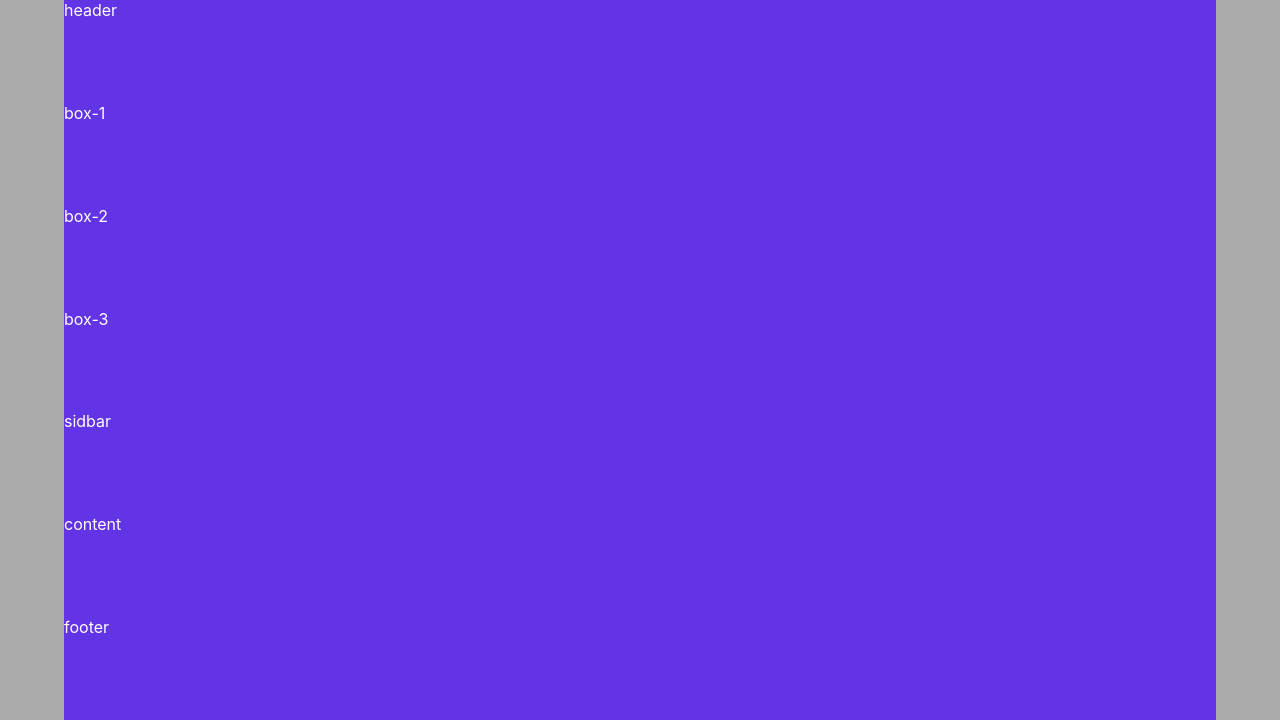
Repository: SD-Mdouka/project_step
Page: /
These files come from the project's save history. The page is drawn as it stood at one moment and after the next save; the edit follows.
The browser window is 1280 px wide. The pictures show the whole page.
The project was rebuilt for these pictures with package versions that can differ from the ones it lists, and the page was loaded fresh each time.

Above is the page before, as saved 2022-09-07 12:33:38.

### src/index.js
import React from "react";
import ReactDOM from "react-dom/client";
import "./index.css";
import App from "./Grid";
// import { AppBar, Toolbar, Typography } from "@material-ui/core";

const root = ReactDOM.createRoot(document.getElementById("root"));
root.render(
  <React.StrictMode>
    {/* <AppBar>
      <Toolbar>
        <Typography varient="h6">React app</Typography>
      </Toolbar>
    </AppBar> */}
    <App />
  </React.StrictMode>
);

### src/index.css
body {
    background-color: #aaa;
    margin: 0;
    font-family: -apple-system, BlinkMacSystemFont, "Segoe UI", "Roboto", "Oxygen", "Ubuntu", "Cantarell", "Fira Sans", "Droid Sans", "Helvetica Neue", sans-serif;
    -webkit-font-smoothing: antialiased;
    -moz-osx-font-smoothing: grayscale;
}

code {
    font-family: source-code-pro, Menlo, Monaco, Consolas, "Courier New", monospace;
}

.App-Project {
    margin-top: 50px;
    margin-inline: 40% !important;
}

.cirecle {
    width: 29px;
    height: 29px;
    line-height: 25px;
    background-color: blue;
    color: white;
    border-radius: 50%;
    -webkit-border-radius: 50%;
    -moz-border-radius: 50%;
    -ms-border-radius: 50%;
    -o-border-radius: 50%;
    border: 2px solid transparent;
    text-align: center;
    cursor: pointer;
    background-clip: padding-box;
    -webkit-background-clip: padding-box;
}

.stepsWrapp {
    display: flex;
    margin-bottom: 20px;
    text-align: center;
}

.stepeBlock {
    flex-grow: 1;
}

.stepeBlock .circleWrapper {
    padding: 0px 20px;
    position: relative;
}

.selected .cirecle {
    color: black;
    background-color: white;
    border: 1px solid blue;
}

.stepeBlock:not(:last-child)>.circleWrapper::after {
    content: "";
    width: 100%;
    height: 2px;
    position: absolute;
    top: 0px;
    bottom: 0px;
    background-color: blue;
    margin: auto;
    z-index: -1;
}

.stepeBlock:not(:last-child)>.circleWrapper::after {
    height: 3px;
    opacity: 1;
}

.stepeBlock:not(:last-child).selected>.circleWrapper::after,
.stepeBlock:not(:last-child).selected~.stepeBlock:not(:last-child)>.circleWrapper::after {
    height: 2px;
    opacity: 0.3;
}

.pages {
    margin: 0 40%;
}

.primaryBtn {
    padding: 10px 25px !important;
    background-color: blue !important;
    border: none !important;
    margin: 10px !important;
    color: white !important;
    border-radius: 4px !important;
    -webkit-border-radius: 4px !important;
    -moz-border-radius: 4px !important;
    -ms-border-radius: 4px !important;
    -o-border-radius: 4px !important;
    cursor: pointer !important;
}

### src/Grid.js
import React from "react";
import "./style-grid.css";

const Grid = () => {
  return (
    <div>
      <div className="container">
        <div className="header">header</div>
        <div className="box-1">box-1</div>
        <div className="box-2">box-2</div>
        <div className="box-3">box-3</div>
        <div className="sidbar">sidbar</div>
        <div className="content">content</div>
        <div className="footer">footer</div>
      </div>
    </div>
  );
};
export default Grid;

### src/style-grid.css
.container {
    background-color: #fff;
    min-height: 100vh;
    width: 90%;
    margin: 0 auto;
    display: grid;
}

.container>* {
    color: #fff;
    background-color: rgb(99, 51, 230);
}

.header {}

Loaded but not shown: public/index.html (common file)

After the next save:
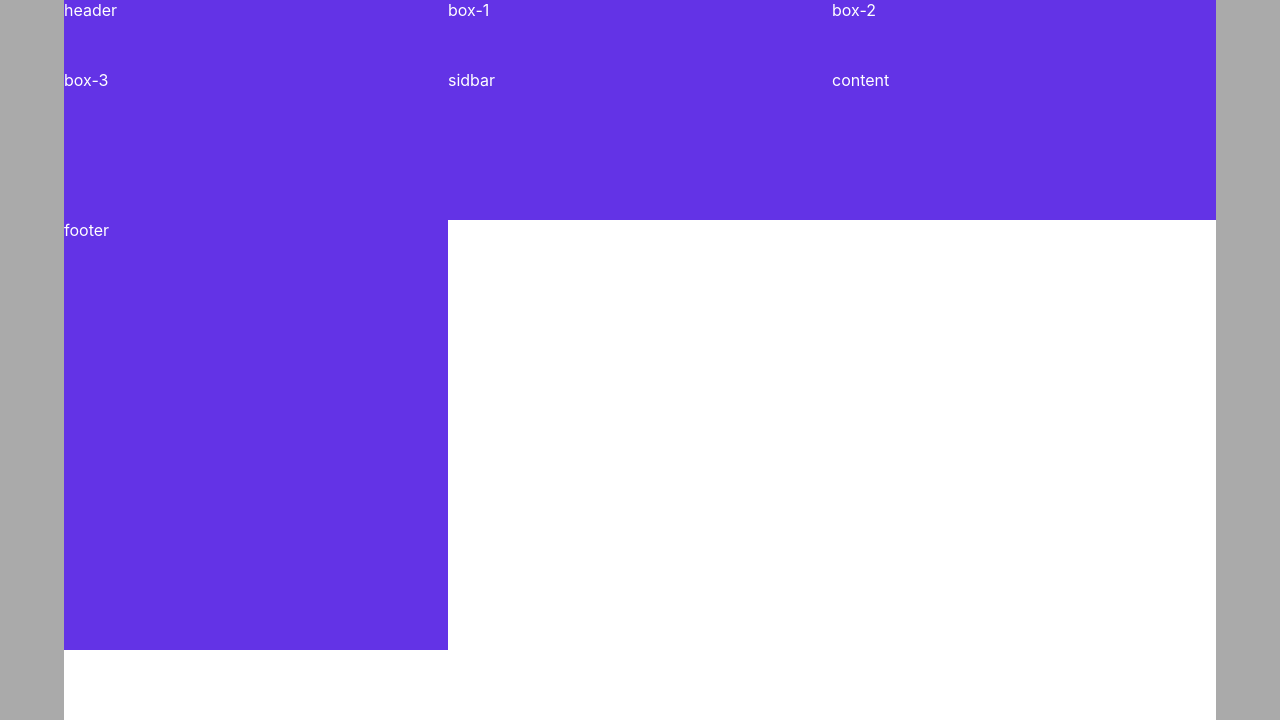
Saved 12 min 46 s later.
--- a/src/style-grid.css
+++ b/src/style-grid.css
@@ -4,6 +4,8 @@
     width: 90%;
     margin: 0 auto;
     display: grid;
+    grid-template-columns: repeat(3, 1fr);
+    grid-template-rows: 70px 150px 1fr 70px;
 }
 
 .container>* {
